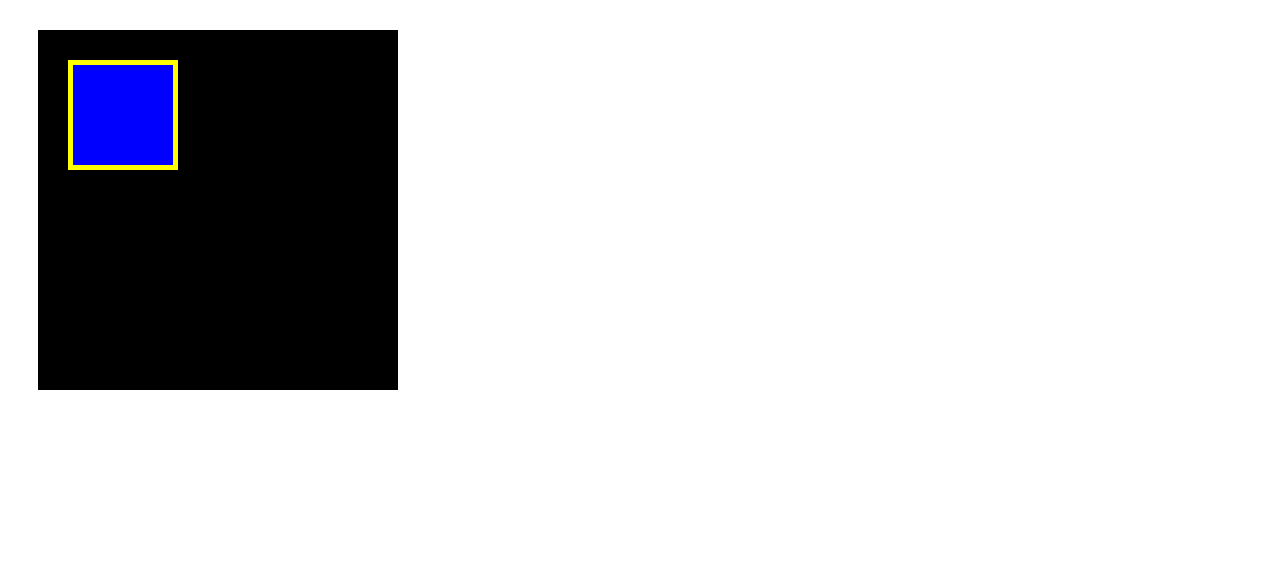
Repository: 44641/chapter9_exercise
Page: box/box.html
The author's editor kept a record of every edit. The page is drawn from the files as they stood at one moment, then again after the next edit.
The browser window is 1280 px wide. The pictures show the whole page.

Above is the page before.

### box/box.html
<!DOCTYPE html>
<html lang="ja">
  <head>
    <meta charset="UTF-8" />
    <!-- CSSファイル読み込み -->
    <link rel="stylesheet" href="box.css" />
    <title>BOX</title>
  </head>

 <body>
    <!-- box1用のdiv -->
    <div class="box1">
      <div class="box2"></div>

  </body>
</html>

### box/box.css
.box1 {
  width: 300px;
  height: 300px;
  background-color: #000000;
  margin: 30px;
  padding: 30px;
}

.box2 {
  width: 100px;
  height: 100px;
  background-color: blue;
  border: 5px solid yellow;
}

After the next edit:
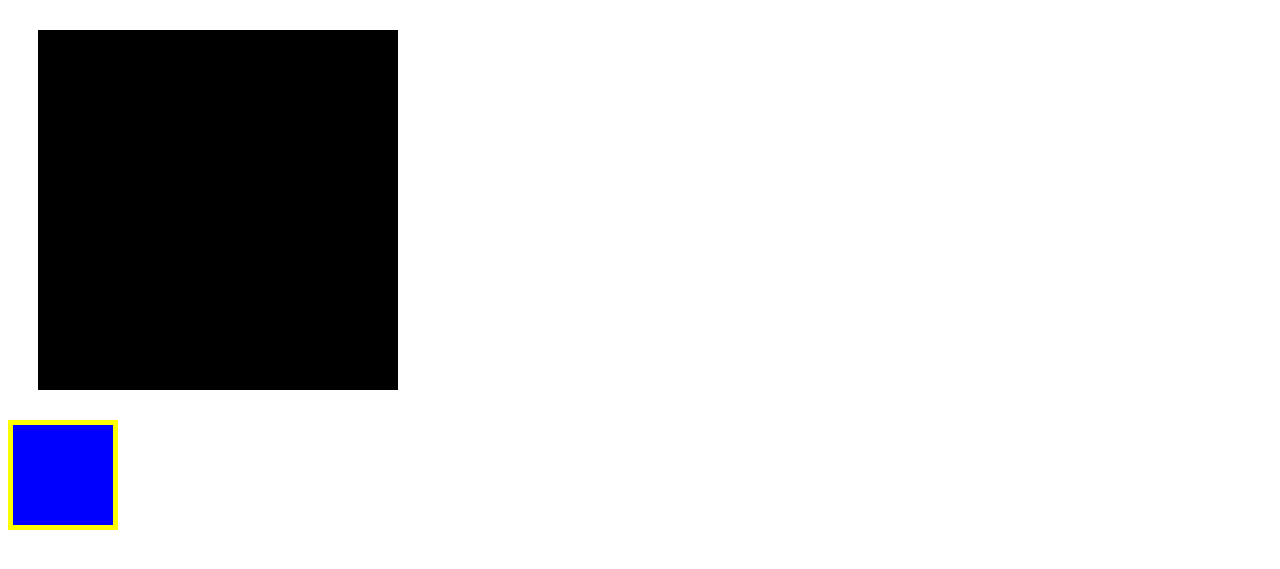
The edit:
--- a/box/box.html
+++ b/box/box.html
@@ -9,7 +9,7 @@
 
  <body>
     <!-- box1用のdiv -->
-    <div class="box1">
+    <div class="box1"></div>
       <div class="box2"></div>
 
   </body>

After the 2 edits that followed:
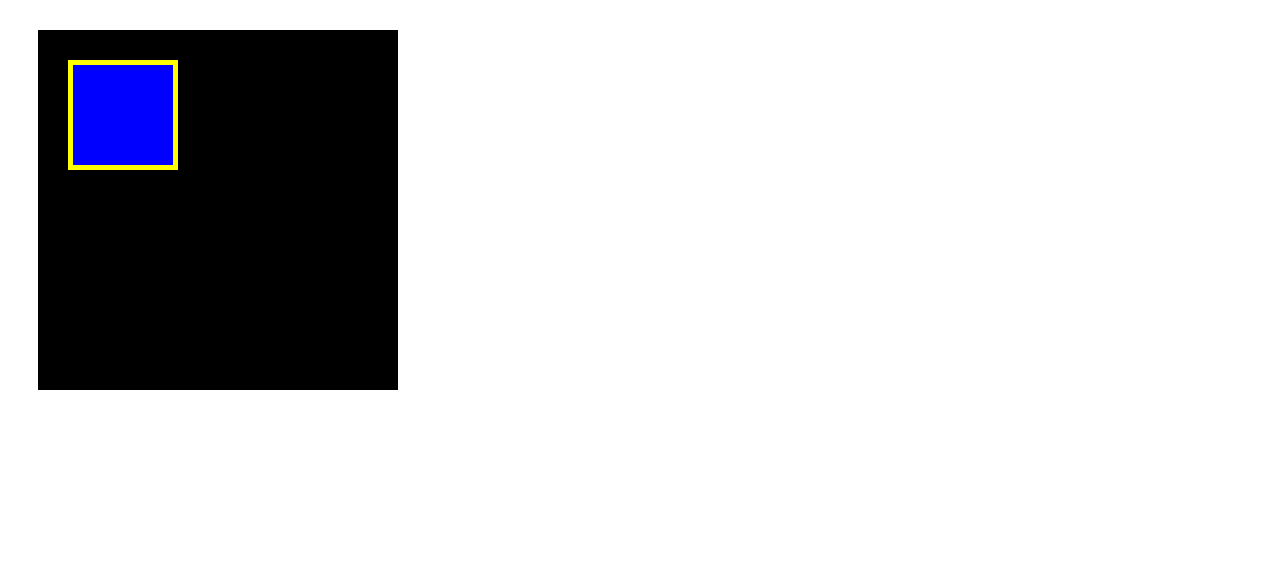
The 2 edits are shown as one change because 1 left the picture as it was.
The edit:
--- a/box/box.html
+++ b/box/box.html
@@ -9,7 +9,7 @@
 
  <body>
     <!-- box1用のdiv -->
-    <div class="box1"></div>
+    <div class="box1">
       <div class="box2"></div>
 
   </body>
